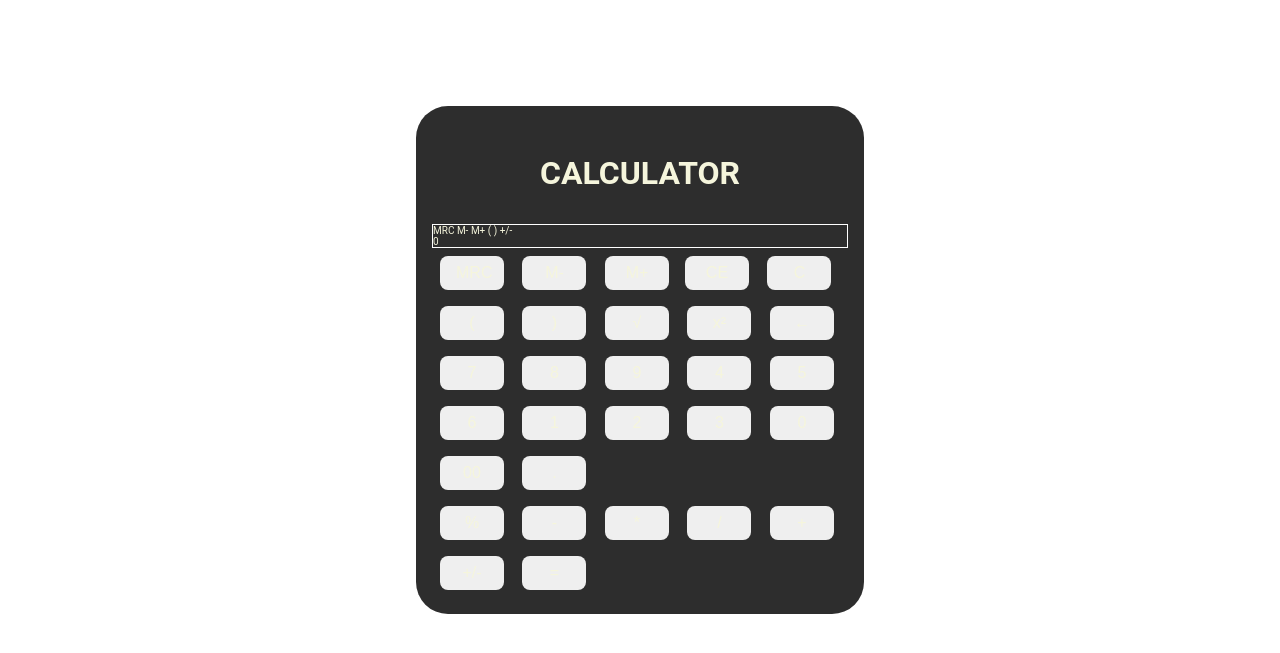
Repository: Denis793/CalculatorNew
Page: index.html
An editor plug-in stored every save of this project. The page is shown before and after the next save, followed by the edit.
The browser window is 1280 px wide. The pictures show the whole page.
The style sheet was rebuilt from its Sass, Less or Tailwind sources for each picture, by a compiler version that may differ from the author's.

Above is the page before, as saved 2025-05-17 18:44:04.

### index.html
<!DOCTYPE html>
<html lang="en">
  <head>
    <meta charset="UTF-8" />
    <meta name="viewport" content="width=device-width, initial-scale=1.0" />
    <title>Calculator</title>
    <link rel="stylesheet" href="./app/style/css/main.css" />
  </head>
  <body>
    <div class="calculatorContainer">
      <h1>Calculator</h1>

      <div class="display">
        <div class="indicators">
          <span class="indicator" data-key="MRC">MRC</span>
          <span class="indicator" data-key="M-">M-</span>
          <span class="indicator" data-key="M+">M+</span>
          <span class="indicator" data-key="()">( )</span>
          <span class="indicator" data-key="+/-">+/-</span>
        </div>

        <ul id="historyList"></ul>

        <div class="previous"></div>
        <div class="current"></div>
      </div>

      <div class="keypad">
        <div class="memoryBtn">
          <button class="button">MRC</button>
          <button class="button">M-</button>
          <button class="button">M+</button>
        </div>

        <div class="cleanBtn">
          <button class="button">CE</button>
          <button class="button ac">C</button>
        </div>

        <div class="buttonFirst">
          <button class="button">(</button>
          <button class="button">)</button>
          <button class="button">√</button>
          <button class="button">x²</button>
          <button class="button">←</button>
        </div>

        <div class="numbersBtn">
          <button class="button">7</button>
          <button class="button">8</button>
          <button class="button">9</button>

          <button class="button">4</button>
          <button class="button">5</button>
          <button class="button">6</button>

          <button class="button">1</button>
          <button class="button">2</button>
          <button class="button">3</button>

          <button class="button">0</button>
          <button class="button">00</button>
          <button class="button">.</button>
        </div>

        <div class="operationsBtn">
          <button class="button">%</button>
          <button class="button">-</button>
          <button class="button">*</button>
          <button class="button">/</button>
          <button class="button plus">+</button>
          <button class="button">+/-</button>
          <button class="button">=</button>
        </div>
      </div>
    </div>
    <script type="module" src="./app/js/main.js"></script>
  </body>
</html>

### app/js/main.js
import { initializeCalculator } from './state.js';
import './memory.js';
import './operations.js';
import './equals.js';
import './formatter.js';
import './history.js';
import './inputHandler.js';

initializeCalculator();

### app/js/state.js
import { handleMemory } from './memory.js';
import { handleOperations } from './operations.js';
import { handleEquals } from './equals.js';
import { handleInput } from './inputHandler.js';

export const state = {
  expression: '',
  memory: 0,
  memoryLog: [],
  memoryActive: false,

  finish: false,
  lastOperator: '',
  lastOperand: '',
  history: [],
  MAX_LENGTH: 12,
  displayPrev: document.querySelector('.previous'),
  displayCurr: document.querySelector('.current'),
  buttons: document.querySelector('.keypad'),
  historyList: document.getElementById('historyList'),
  lastFunction: '',
  parenthesesCount: 0,
};

export function clearAll() {
  state.expression = '';
  state.finish = false;
  state.lastOperator = '';
  state.lastOperand = '';
  state.lastFunction = '';
  state.parenthesesCount = 0;
  state.displayCurr.textContent = '0';
  state.displayPrev.textContent = '';
  state.historyList.innerHTML = '';
  state.history = [];
  state.memoryActive = false;

  document.querySelectorAll('.button').forEach((btn) => btn.classList.remove('active-operator'));
  document.querySelectorAll('.indicator').forEach((i) => i.classList.remove('active'));
}

export function initializeCalculator() {
  clearAll();

  document.querySelector('.ac').addEventListener('click', clearAll);

  state.buttons.addEventListener('click', (e) => {
    const btn = e.target;
    if (!btn.classList.contains('button')) return;

    const key = btn.textContent;

    const specialKeys = ['MRC', 'M-', 'M+', '+/-', '√'];
    if (specialKeys.includes(key)) {
      document.querySelectorAll('.indicator').forEach((i) => {
        const keep = i.dataset.key === '()' && state.parenthesesCount > 0;
        if (!keep) i.classList.remove('active');
      });
      const indicator = document.querySelector(`.indicator[data-key="${key}"]`);
      if (indicator) indicator.classList.add('active');
    }

    if (handleMemory(key)) return;
    if (handleOperations(key)) return;
    if (handleEquals(key)) return;
    if (handleInput(key)) return;
  });
}

### app/js/memory.js
import { state } from './state.js';
import { formatExpression } from './formatter.js';

export function handleMemory(key) {
  if (!state.memoryLog) state.memoryLog = [];

  if (key === 'MRC') {
    const indicator = document.querySelector('.indicator[data-key="MRC"]');
    if (state.memoryActive) {
      state.memoryActive = false;
      if (indicator) indicator.classList.remove('active');
    } else {
      state.displayCurr.textContent = formatExpression(state.memory.toString());
      state.expression = state.memory.toString();
      state.finish = false;
      state.memoryActive = true;
      if (indicator) indicator.classList.add('active');
    }
    return true;
  }

  if (key === 'M+') {
    const value = parseFloat(state.displayCurr.textContent.replace(/\s/g, '')) || 0;
    state.memory += value;
    state.memoryLog.push(`+${value}`);
    if (state.memoryLog.length > 5) state.memoryLog.shift();
    state.memoryActive = true;
    const indicator = document.querySelector('.indicator[data-key="MRC"]');
    if (indicator) indicator.classList.add('active');
    return true;
  }

  if (key === 'M-') {
    const value = parseFloat(state.displayCurr.textContent.replace(/\s/g, '')) || 0;
    state.memory -= value;
    state.memoryLog.push(`-${value}`);
    if (state.memoryLog.length > 5) state.memoryLog.shift();
    state.memoryActive = true;
    const indicator = document.querySelector('.indicator[data-key="MRC"]');
    if (indicator) indicator.classList.add('active');
    return true;
  }

  return false;
}

### app/js/operations.js
import { state, clearAll } from './state.js';
import { formatExpression } from './formatter.js';

export function handleOperations(key) {
  if (key === '+/-') {
    if (state.displayCurr.textContent === '0') return true;
    if (state.finish) {
      state.expression = (-parseFloat(state.displayCurr.textContent.replace(/\s/g, ''))).toString();
      state.finish = false;
    } else {
      const match = state.expression.match(/(-?\d+\.?\d*)$/);
      if (match) {
        const num = match[0];
        const inverted = (-parseFloat(num)).toString();
        state.expression = state.expression.slice(0, -num.length) + inverted;
      } else {
        state.expression = '-' + state.expression;
      }
    }
    state.displayCurr.textContent = formatExpression(state.expression);
    return true;
  }

  if (key === '←') {
    if (state.finish) return true;
    state.expression = state.expression.slice(0, -1);
    state.displayCurr.textContent = formatExpression(state.expression) || '0';
    return true;
  }

  if (key === '%') {
    state.expression += '/100';
    state.displayCurr.textContent = formatExpression(state.expression);
    return true;
  }

  if (key === '√') {
    if (state.expression === '') return true;
    const original = state.expression;
    const result = Math.sqrt(eval(original));
    const visible = `√${original}`;
    state.expression = result.toString();
    state.displayCurr.textContent = formatExpression(state.expression);
    state.displayPrev.textContent = visible;
    state.lastFunction = 'sqrt';
    state.lastOperator = '';
    state.lastOperand = '';
    state.finish = true;
    const indicator = document.querySelector(`.indicator[data-key="√"]`);
    if (indicator) indicator.classList.add('active');
    return true;
  }

  if (key === '(') {
    const lastChar = state.expression.slice(-1);
    if (/\d|\)/.test(lastChar)) return true;

    if (state.finish) {
      state.expression = '';
      state.finish = false;
    }

    state.expression += key;
    state.displayCurr.textContent = formatExpression(state.expression);
    state.parenthesesCount++;

    const indicator = document.querySelector('.indicator[data-key="()"]');
    if (indicator) indicator.classList.add('active');

    return true;
  }

  if (key === ')') {
    if (state.finish) {
      state.expression = '';
      state.finish = false;
    }
    state.expression += key;
    state.displayCurr.textContent = formatExpression(state.expression);
    if (state.parenthesesCount > 0) {
      state.parenthesesCount--;
      if (state.parenthesesCount === 0) {
        const indicator = document.querySelector(`.indicator[data-key="()"]`);
        if (indicator) indicator.classList.remove('active');
      }
    }
    return true;
  }

  if (key === 'x²') {
    const value = eval(state.expression || '0');
    const result = value ** 2;
    const visible = `${value}²`;
    state.expression = result.toString();
    state.displayCurr.textContent = formatExpression(state.expression);
    state.displayPrev.textContent = visible;
    state.lastFunction = 'square';
    state.lastOperator = '';
    state.lastOperand = '';
    state.finish = true;
    return true;
  }

  if (key === 'CE') {
    const match = state.expression.match(/.*?(?:[+\-*/(]|^)([\d.]+)$/);
    if (match) {
      state.expression = state.expression.slice(0, -match[1].length);
    } else {
      state.expression = '';
    }
    state.lastFunction = '';
    state.displayCurr.textContent = formatExpression(state.expression) || '0';
    document.querySelectorAll('.indicator').forEach((i) => i.classList.remove('active'));
    return true;
  }

  if (key === 'C') {
    clearAll();
    return true;
  }

  return false;
}

### app/js/equals.js
import { state } from './state.js';
import { formatExpression } from './formatter.js';
import { addToHistory } from './history.js';

export function handleEquals(key) {
  if (key !== '=') return false;

  try {
    const open = (state.expression.match(/\(/g) || []).length;
    const close = (state.expression.match(/\)/g) || []).length;
    if (open !== close) return true;

    if (!state.finish) {
      const result = eval(state.expression);
      const match = state.expression.match(/(.+)([+\-*/])\s*(-?\d+\.?\d*)$/);

      if (match) {
        state.lastOperator = match[2];
        state.lastOperand = match[3];
      } else {
        state.lastOperator = '';
        state.lastOperand = '';
      }

      const visible = state.displayPrev.textContent || state.expression;

      state.displayCurr.textContent = formatExpression(result.toString());
      state.expression = result.toString();
      state.finish = true;
      state.displayPrev.textContent = '';

      const containsOperator = /[+\-*/()]|Math\.sqrt|%/.test(visible);
      const isSame = visible.replace(/\s/g, '') === result.toString();

      if (containsOperator && !isSame) {
        addToHistory(`${visible} = ${result}`);
      }
    } else if (state.lastFunction === 'sqrt' && state.finish) {
      const value = parseFloat(state.expression);
      const result = Math.sqrt(value);
      const visible = `√${value}`;
      state.displayCurr.textContent = formatExpression(result.toString());
      state.expression = result.toString();
      state.displayPrev.textContent = visible;
      addToHistory(`${visible} = ${result}`);
      return true;
    } else if (state.lastOperator && state.lastOperand) {
      state.expression = `${state.expression}${state.lastOperator}${state.lastOperand}`;
      const result = eval(state.expression);
      state.displayCurr.textContent = formatExpression(result.toString());
      state.expression = result.toString();
      addToHistory(`${state.expression} = ${result}`);
    }
  } catch {
    return true;
  }

  return true;
}

### app/js/formatter.js
export function formatExpression(expression) {
  return expression.replace(/\d+/g, (match) => {
    return Number(match).toLocaleString('en-US').replace(/,/g, ' ');
  });
}

### app/js/history.js
import { state } from './state.js';

export function addToHistory(item) {
  state.history.push(item);
  if (state.history.length > 3) state.history.shift();

  state.historyList.innerHTML = '';
  state.history.forEach((entry) => {
    const li = document.createElement('li');
    li.textContent = entry;
    state.historyList.appendChild(li);
  });
}

### app/js/inputHandler.js
import { state } from './state.js';
import { formatExpression } from './formatter.js';

export function handleInput(key) {
  const allowed = ['0', '1', '2', '3', '4', '5', '6', '7', '8', '9', '.', '+', '-', '*', '/', '00'];
  if (!allowed.includes(key)) return false;

  if (state.finish) {
    if (!isNaN(key) || key === '(') state.expression = '';
    state.finish = false;
  }

  const digitsOnly = state.expression.replace(/\D/g, '');
  if (digitsOnly.length >= state.MAX_LENGTH) return true;

  if (state.displayCurr.textContent === '0' && !isNaN(key)) {
    state.expression = key;
  } else {
    state.expression += key;
  }

  state.displayCurr.textContent = formatExpression(state.expression);
  return true;
}

### app/style/scss/main.scss
@use 'reset' as *;
@use 'variables' as *;

.calculatorContainer {
  display: flex;
  flex-direction: column;
  align-items: center;
  background: #2d2d2d;
  border-radius: 2rem;
  padding: 1rem;
}

h1 {
  font-size: 2rem;
  text-transform: uppercase;
  margin: 2rem;
}

.display {
  width: 100%;
  border: 1px solid #fff;
}

button {
  width: 4rem;
  padding: 0.5rem 1rem;
  text-align: center;
  margin: 0.5rem;
  border: none;
  font-size: 1rem;
  border-radius: 0.5rem;
}

.keypad {
  width: 26rem;
  display: flex;
  flex-wrap: wrap;
}

### app/style/scss/_reset.scss
* {
  margin: 0;
  padding: 0;
  box-sizing: border-box;
  color: beige;
}

body {
  font-family: 'Roboto', sans-serif;
  font-size: 10px;
  height: 100vh;
  display: flex;
  justify-content: center;
  align-items: center;
}

### app/style/scss/_variables.scss
:root {
  --memoryBtn: #000;
}

After the next save:
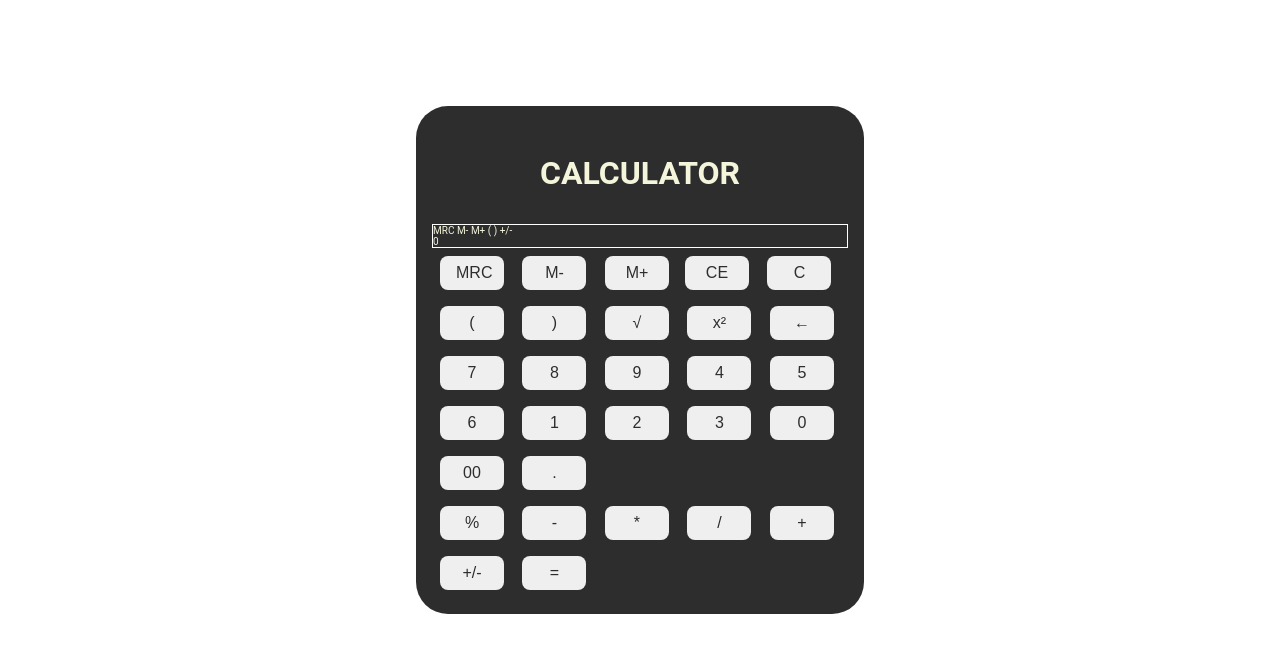
Saved 18 s later.
--- a/app/style/scss/main.scss
+++ b/app/style/scss/main.scss
@@ -29,6 +29,7 @@ button {
   border: none;
   font-size: 1rem;
   border-radius: 0.5rem;
+  color: #2d2d2d;
 }
 
 .keypad {
